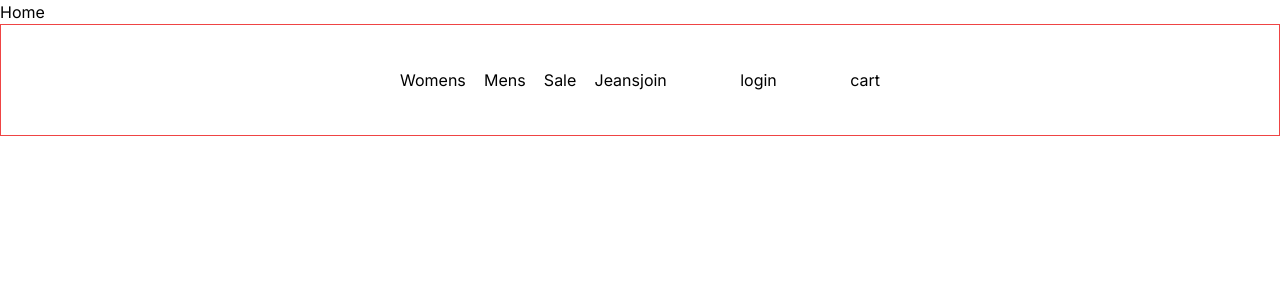
Repository: harrywebb21/stil-clothing
Page: /
The author's editor kept a copy of each file at every save. The page is drawn from the files as they stood at one save, then again after the next save.
The browser window is 1280 px wide. The pictures show the whole page.
The project was rebuilt for these pictures with package versions that can differ from the ones it lists, and the page was loaded fresh each time. The framework's server and built-in components were replaced by stand-ins that run in the browser. Also part of the build but not shown: next.config.js.

Above is the page before, as saved 2023-06-08 15:46:49.

After the next save:
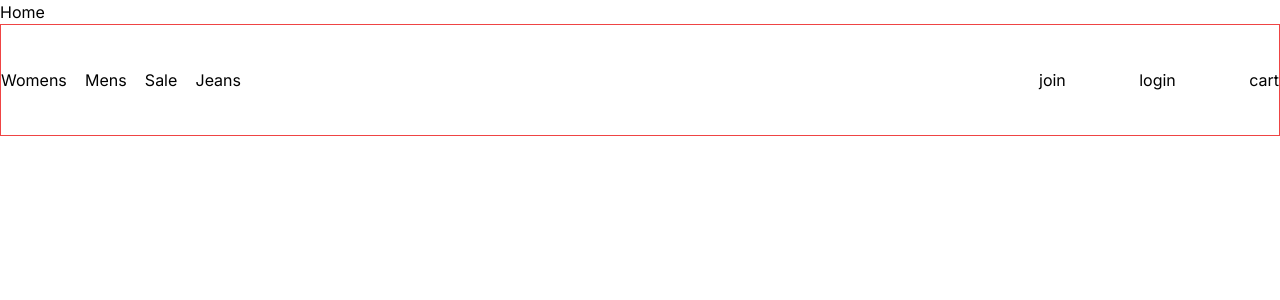
Saved 27 s later.
--- a/src/app/components/Navbar.js
+++ b/src/app/components/Navbar.js
@@ -1,6 +1,6 @@
 export default function Navbar() {
   return (
-    <div className=" border border-red-500 h-28 flex justify-center items-center">
+    <div className=" border border-red-500 h-28 flex justify-between items-center">
       <ul className=" flex justify-between w-60">
         <li>
           <a href="/womens">Womens</a>
